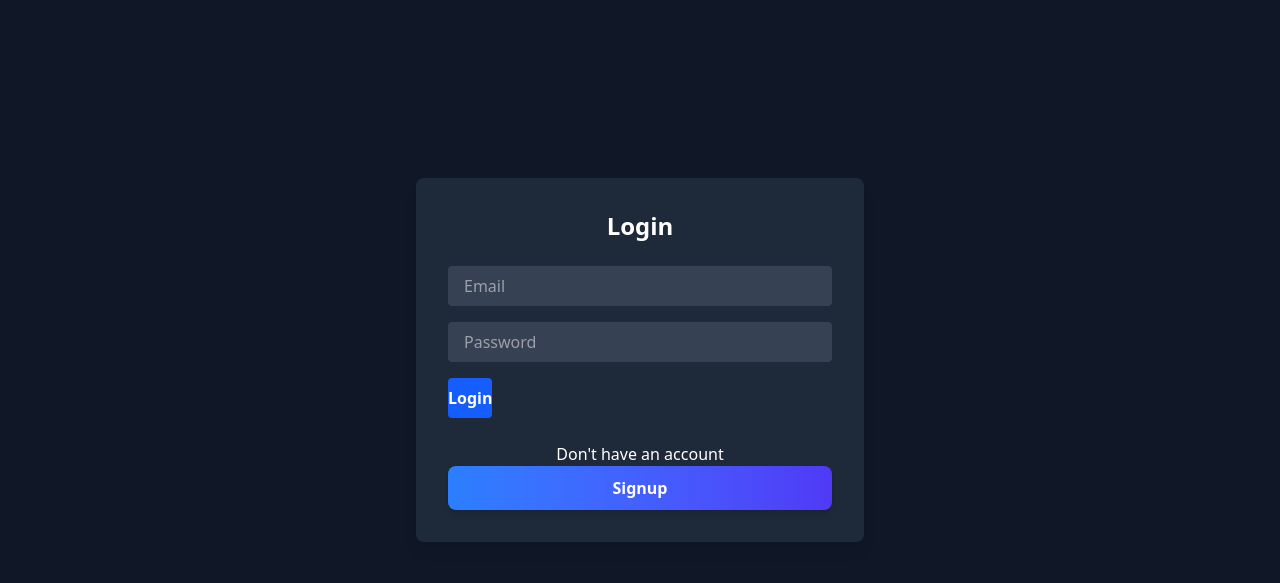
Repository: Reno-mathews/Study-Planner-MERN
Page: / (app in client/)
An editor plug-in stored every save of this project. The page is shown before and after the next save, followed by the edit.
The browser window is 1280 px wide. The pictures show the whole page.
The project was rebuilt for these pictures with package versions that can differ from the ones it lists, and the page was loaded fresh each time. Also part of the build but not shown: client/vite.config.js, client/src/components/TaskCard.jsx, client/src/components/TaskList.jsx, client/src/components/SearchBar.jsx, client/src/components/ProgressBar.jsx, client/src/components/AddTaskForm.jsx, client/src/components/SortDropdown.jsx.

Above is the page before, as saved 2026-01-18 15:58:58.

After the next save:
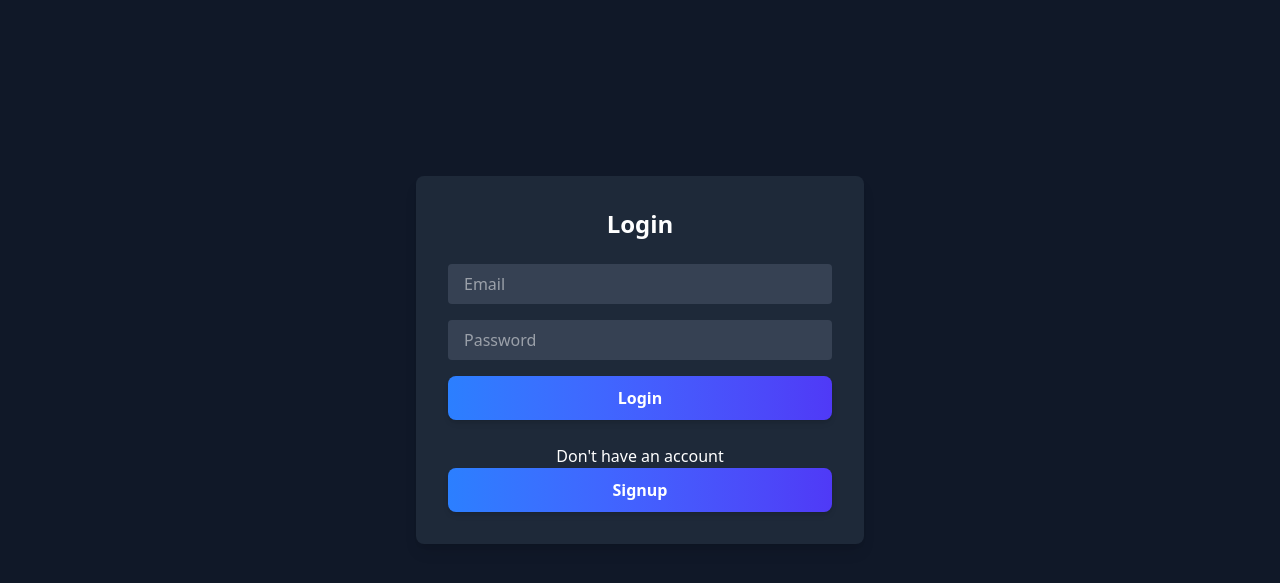
Saved 58 s later.
--- a/client/src/components/AuthForm.jsx
+++ b/client/src/components/AuthForm.jsx
@@ -35,7 +35,7 @@ function AuthForm ({
                         />
 
                         <button
-                            className="W-full bg-blue-600 hover:bg-blue-700 py-2 rounded font-semibold"
+                            className="w-full bg-gradient-to-r from-blue-500 to-indigo-600 hover:from-blue-600 hover:to-indigo-700 py-2.5 rounded-lg font-semibold shadow-md hover:shadow-lg transition-all duration-200"
                             type="submit"
                             >
                                 {isSignup ? "Signup" : "Login"}
